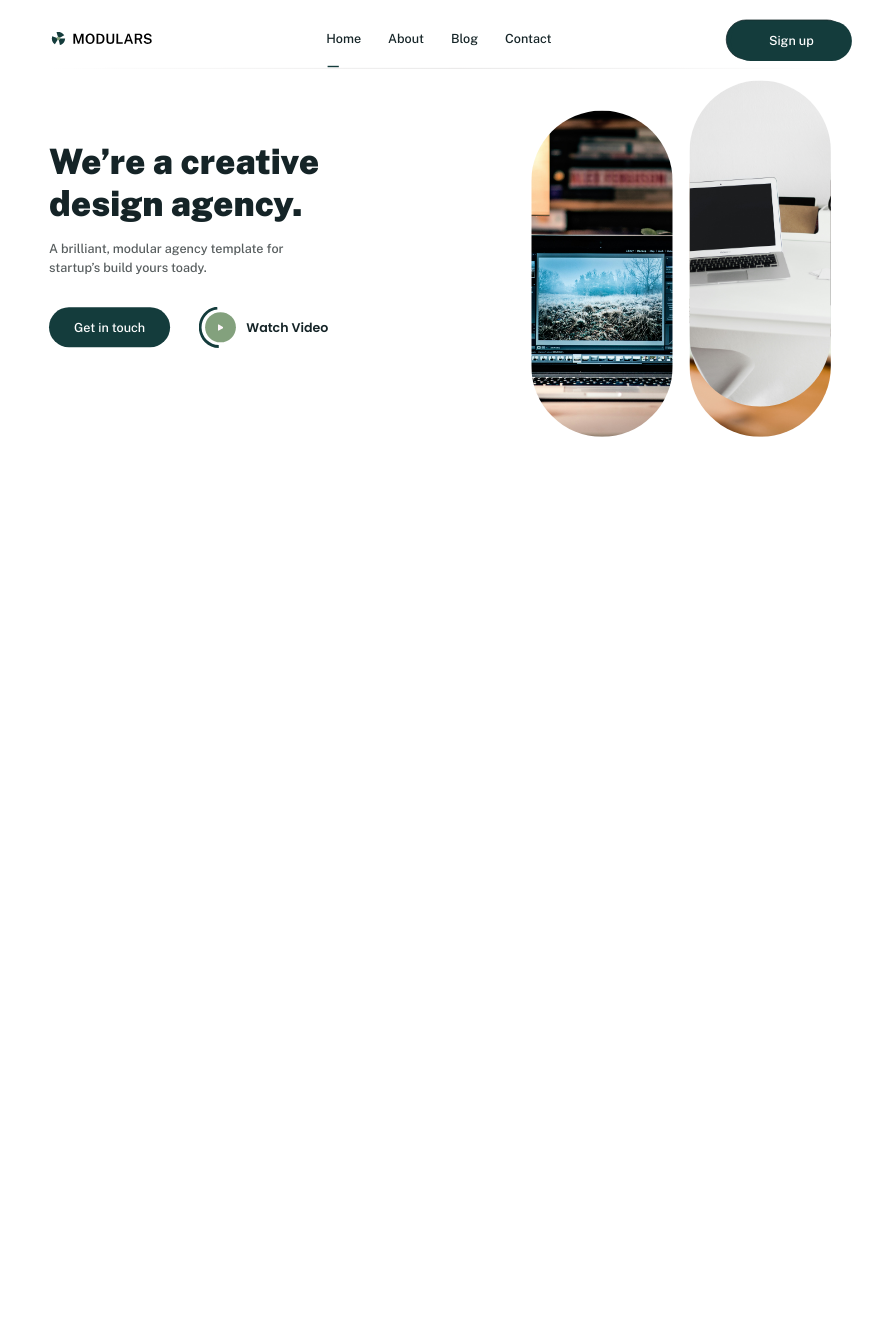
Repository: Learncode-every-day/Project-3.1
Page: index.html
An editor plug-in stored every save of this project. The page is shown before and after the next save, followed by the edit.
The browser window is 1280 px wide. The pictures show the part of the page from y = 0 to 1920 px (the page is 5015 px tall), at 70% of full size.

Above is the page before, as saved 2024-06-22 18:28:13.

After the next save:
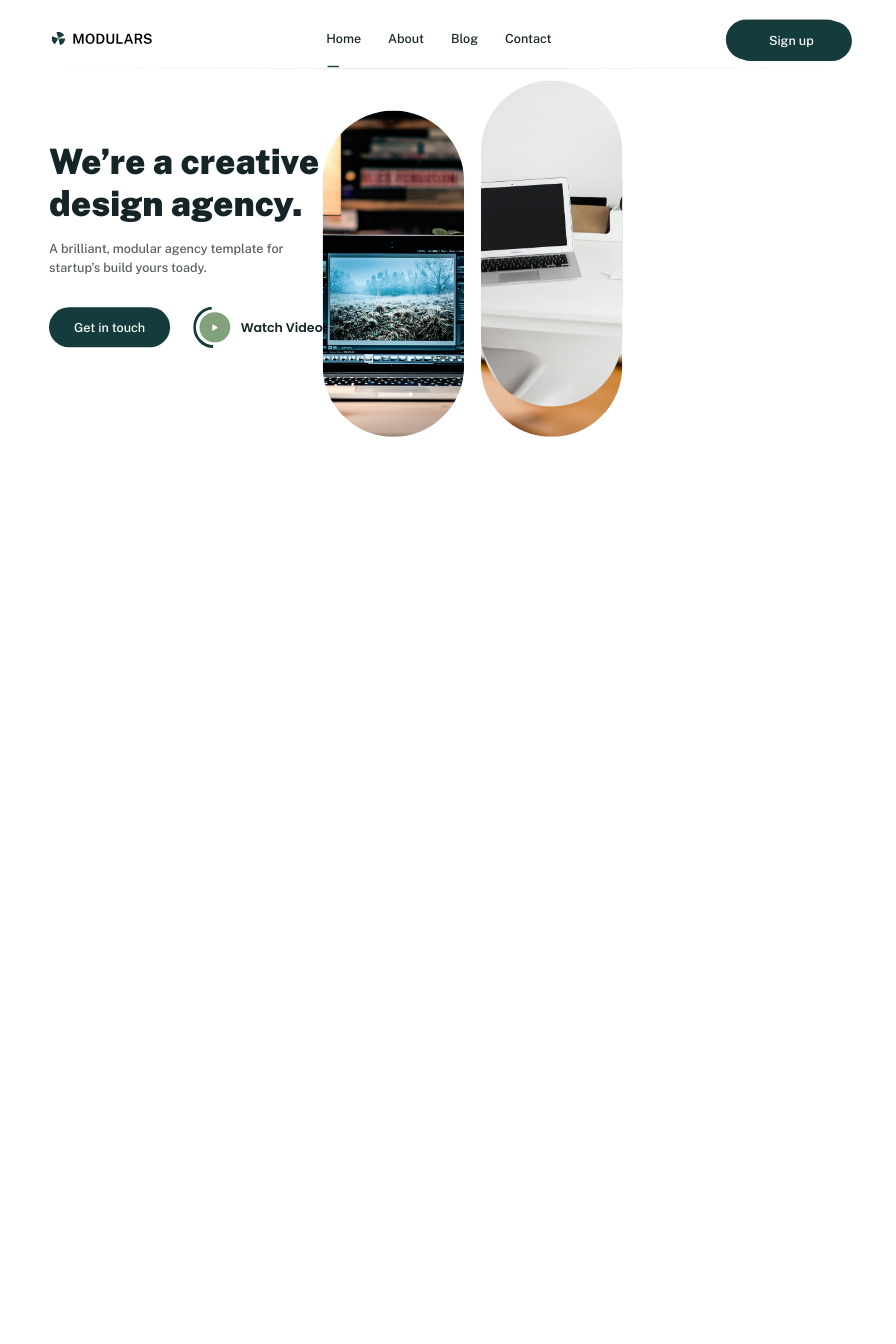
Saved 31 s later.
--- a/assets/css/style.css
+++ b/assets/css/style.css
@@ -193,6 +193,7 @@
 }
 
 .hero__media {
+    width: 65%;
     position: relative;
     display: flex;
     justify-content: space-between;
